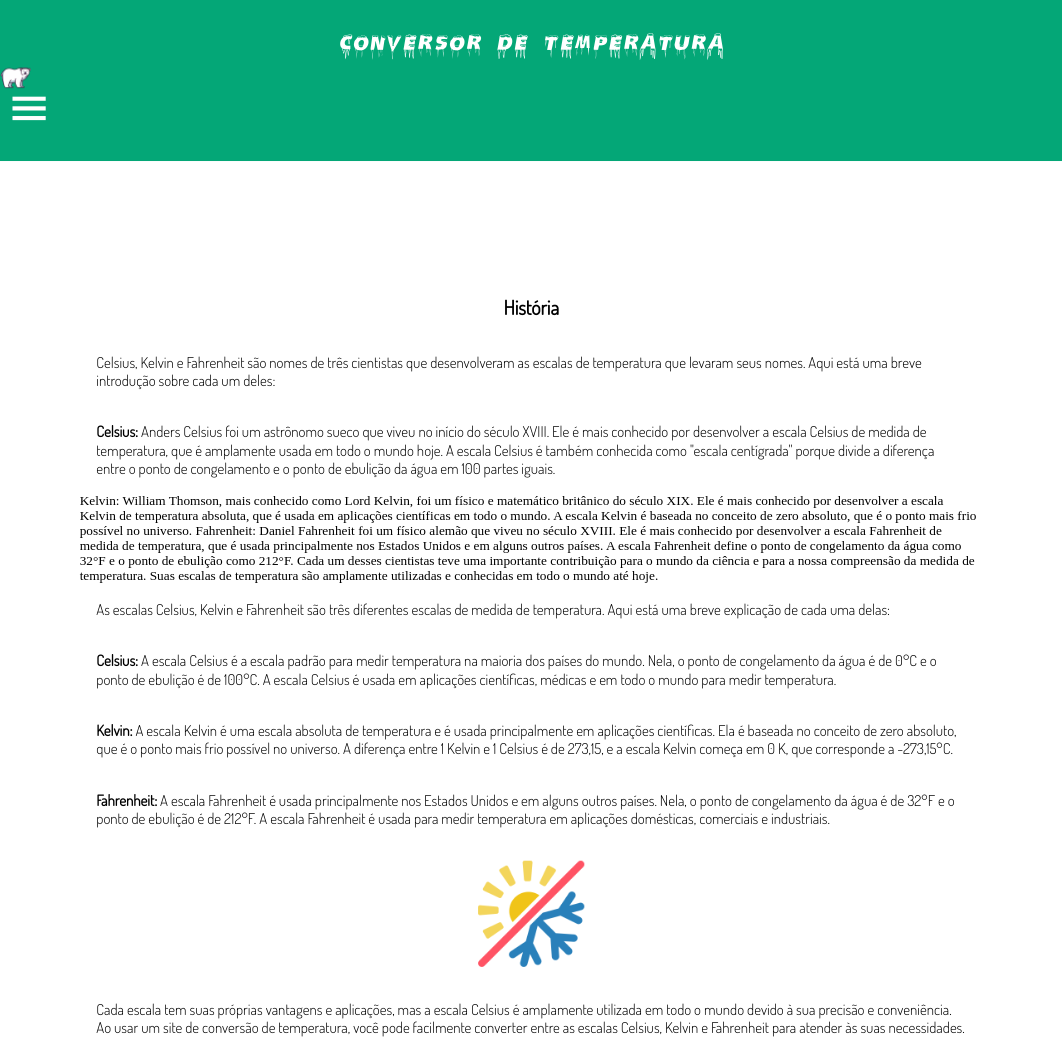
Repository: Leonngc/Conversor-de-temperatura
Page: history.html
These files come from the project's save history. The page is drawn as it stood at one moment and after the next save; the edit follows.
The browser window is 1280 px wide. The pictures show the whole page, at 83% of full size.
Some web libraries are served in a nearby version.

Above is the page before, as saved 2023-02-12 00:59:33.

### history.html
<!DOCTYPE html>
<html lang="pt-br">
  <head>
    <meta charset="UTF-8" />
    <meta http-equiv="X-UA-Compatible" content="IE=edge" />
    <meta name="viewport" content="width=device-width, initial-scale=1.0" />
    <link
      rel="stylesheet"
      href="https://cdn-uicons.flaticon.com/uicons-bold-straight/css/uicons-bold-straight.css"
    />
    <link
      rel="stylesheet"
      href="https://cdn-uicons.flaticon.com/uicons-brands/css/uicons-brands.css"
    />
    <link rel="stylesheet" href="history.css" />
    <script src="scripts/menu.js" defer></script>
    <title>História</title>
  </head>
  <body>
    <header>
      <h1>Conversor de Temperatura</h1>
      <img src="image/urso-polar.png" alt="" /><button id="menu-button">
        <i class="fi fi-bs-menu-burger"></i>
      </button>

      <menu>
        <ul id="links-menu">
          <li><a href="about.html">Sobre a página</a></li>
          <li><a href="history.html">História</a></li>
          <li><a href="projects.html">Outros Projetos</a></li>
        </ul>
      </menu>
    </header>
    <main>
      <h2>História</h2>

      <article>
        <p>Celsius, Kelvin e Fahrenheit são nomes de três cientistas que desenvolveram as escalas de temperatura que levaram seus nomes. Aqui está uma breve introdução sobre cada um deles:</p>

<p><strong>Celsius:</strong> Anders Celsius foi um astrônomo sueco que viveu no início do século XVIII. Ele é mais conhecido por desenvolver a escala Celsius de medida de temperatura, que é amplamente usada em todo o mundo hoje. A escala Celsius é também conhecida como "escala centígrada" porque divide a diferença entre o ponto de congelamento e o ponto de ebulição da água em 100 partes iguais.</p>

Kelvin: William Thomson, mais conhecido como Lord Kelvin, foi um físico e matemático britânico do século XIX. Ele é mais conhecido por desenvolver a escala Kelvin de temperatura absoluta, que é usada em aplicações científicas em todo o mundo. A escala Kelvin é baseada no conceito de zero absoluto, que é o ponto mais frio possível no universo.

Fahrenheit: Daniel Fahrenheit foi um físico alemão que viveu no século XVIII. Ele é mais conhecido por desenvolver a escala Fahrenheit de medida de temperatura, que é usada principalmente nos Estados Unidos e em alguns outros países. A escala Fahrenheit define o ponto de congelamento da água como 32°F e o ponto de ebulição como 212°F.

Cada um desses cientistas teve uma importante contribuição para o mundo da ciência e para a nossa compreensão da medida de temperatura. Suas escalas de temperatura são amplamente utilizadas e conhecidas em todo o mundo até hoje.
      </article>

      <article>
        <p>
          As escalas Celsius, Kelvin e Fahrenheit são três diferentes escalas de
          medida de temperatura. Aqui está uma breve explicação de cada uma
          delas:
        </p>

        <p>
          <strong>Celsius:</strong> A escala Celsius é a escala padrão para
          medir temperatura na maioria dos países do mundo. Nela, o ponto de
          congelamento da água é de 0°C e o ponto de ebulição é de 100°C. A
          escala Celsius é usada em aplicações científicas, médicas e em todo o
          mundo para medir temperatura.
        </p>

        <p>
          <strong>Kelvin:</strong> A escala Kelvin é uma escala absoluta de
          temperatura e é usada principalmente em aplicações científicas. Ela é
          baseada no conceito de zero absoluto, que é o ponto mais frio possível
          no universo. A diferença entre 1 Kelvin e 1 Celsius é de 273,15, e a
          escala Kelvin começa em 0 K, que corresponde a -273,15°C.
        </p>
        <p>
          <strong>Fahrenheit:</strong> A escala Fahrenheit é usada
          principalmente nos Estados Unidos e em alguns outros países. Nela, o
          ponto de congelamento da água é de 32°F e o ponto de ebulição é de
          212°F. A escala Fahrenheit é usada para medir temperatura em
          aplicações domésticas, comerciais e industriais.
        </p>
        <div>
            <img src="image/temperaturas.png" alt="">
        </div>
        <p>
          Cada escala tem suas próprias vantagens e aplicações, mas a escala
          Celsius é amplamente utilizada em todo o mundo devido à sua precisão e
          conveniência. Ao usar um site de conversão de temperatura, você pode
          facilmente converter entre as escalas Celsius, Kelvin e Fahrenheit
          para atender às suas necessidades.
        </p>
      </article>
    </main>
  </body>
</html>

### history.css
@charset "UTF-8";
@import url('https://fonts.googleapis.com/css2?family= Dosis:wght@300 & display = swap');
@font-face {
    font-family: Title;
    src: url(fonts/IceCaps.ttf);
}

:root{
    --yellow: #F7FF58;
    --snow: #FBFBFF;
    --blackout: #040F16;
    --dosis: 'Dosis', sans-serif;
}

*{
    margin: 0;
    padding: 0;
    box-sizing: border-box;
}

header{
    background-color: #04A777;
    margin-bottom: 140px;
    max-width: 100vw;
    color: white;
    height: 27vh;
}

header > img{
    display: block;
    width: 38px;
}

header > h1{
    font-family: Title, sans-serif;
    font-weight: lighter;
    text-align: center;
    font-size: 35px;
    padding-top: 40px;
}

menu{
    background-color: #05C78D;
    padding: 10px;
    max-width: 100vw;
    display: none;
}

menu > ul{
    margin-left: 20px;
    font-size: 20px;
    font-family: var(--dosis);
    font-weight: bold;
    color: white;
}

menu > ul > li{
    padding: 5px;
}

li > a{
    text-decoration: none;
    color: #FBFBFF;
}

li > a:hover{
    color: #03583e;
    text-decoration: underline;
}

#menu-button{
    background-color: #03583e00;
    border: none;
    color: white;
    font-size: 40px;
    margin-left: 15px;
    margin-bottom: 12px;
}

main{
    margin: auto;
    width: 85vw;
}

main > h2{
    text-align: center;
    font-family: var(--dosis);
    padding: 20px;
}

article > p{
    font-family: var(--dosis);
    font-size: 18px;
    padding: 20px;
}

div > img{
    display: block;
    margin: auto;
    padding: 20px;
}

### scripts/menu.js
const menu = document.getElementById('menu-button');
const linkMenu = document.querySelector('menu')


menu.addEventListener('click', event =>{


    if(linkMenu.style.display =='none'){
        linkMenu.style.display = 'block'
    }else{
           linkMenu.style.display = 'none';
    }
})

After the next save:
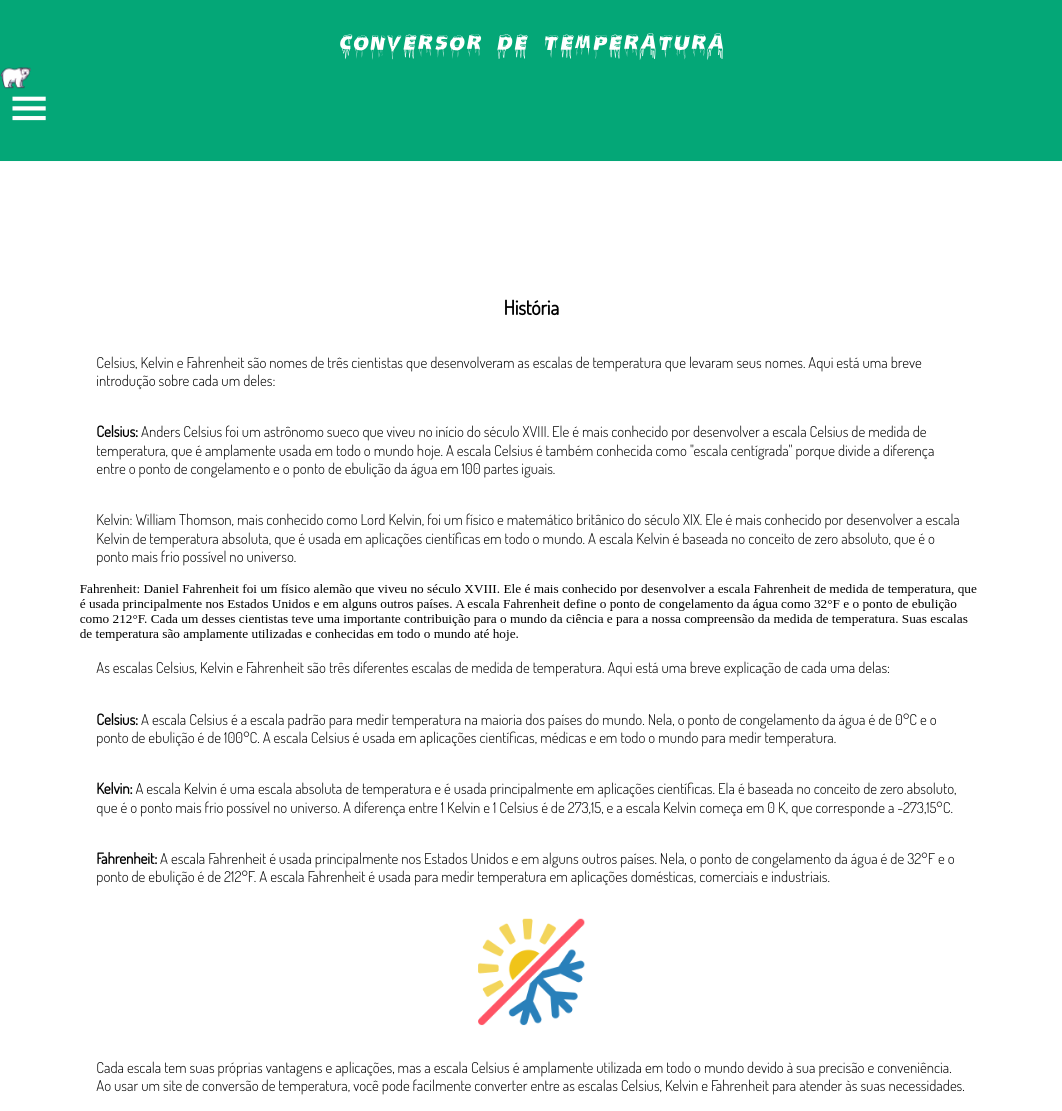
Saved 11 s later.
--- a/history.html
+++ b/history.html
@@ -39,7 +39,7 @@
 
 <p><strong>Celsius:</strong> Anders Celsius foi um astrônomo sueco que viveu no início do século XVIII. Ele é mais conhecido por desenvolver a escala Celsius de medida de temperatura, que é amplamente usada em todo o mundo hoje. A escala Celsius é também conhecida como "escala centígrada" porque divide a diferença entre o ponto de congelamento e o ponto de ebulição da água em 100 partes iguais.</p>
 
-Kelvin: William Thomson, mais conhecido como Lord Kelvin, foi um físico e matemático britânico do século XIX. Ele é mais conhecido por desenvolver a escala Kelvin de temperatura absoluta, que é usada em aplicações científicas em todo o mundo. A escala Kelvin é baseada no conceito de zero absoluto, que é o ponto mais frio possível no universo.
+<p>Kelvin: William Thomson, mais conhecido como Lord Kelvin, foi um físico e matemático britânico do século XIX. Ele é mais conhecido por desenvolver a escala Kelvin de temperatura absoluta, que é usada em aplicações científicas em todo o mundo. A escala Kelvin é baseada no conceito de zero absoluto, que é o ponto mais frio possível no universo.</p>
 
 Fahrenheit: Daniel Fahrenheit foi um físico alemão que viveu no século XVIII. Ele é mais conhecido por desenvolver a escala Fahrenheit de medida de temperatura, que é usada principalmente nos Estados Unidos e em alguns outros países. A escala Fahrenheit define o ponto de congelamento da água como 32°F e o ponto de ebulição como 212°F.
 
